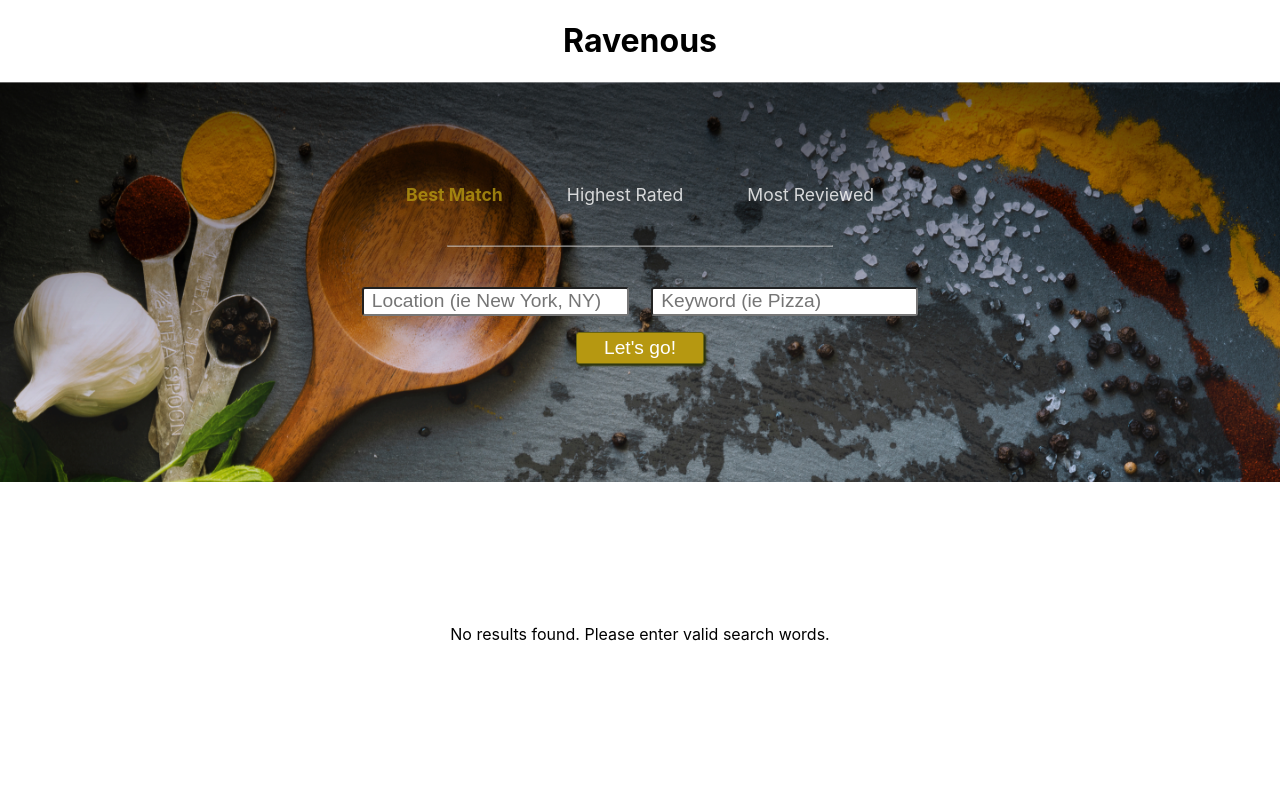
Repository: LolaSL/Ravenous
Page: /
These files come from the project's save history. The page is drawn as it stood at one moment and after the next save; the edit follows.
The browser window is 1280 px wide. The pictures show the whole page.
The page's requests for data from a server got no answer. The project was rebuilt for these pictures with package versions that can differ from the ones it lists, and the page was loaded fresh each time. No one was signed in, and anything a server would have sent is missing. Also part of the build but not shown: src/Business/Business.js.

Above is the page before, as saved 2024-03-23 20:34:04.

After the next save:
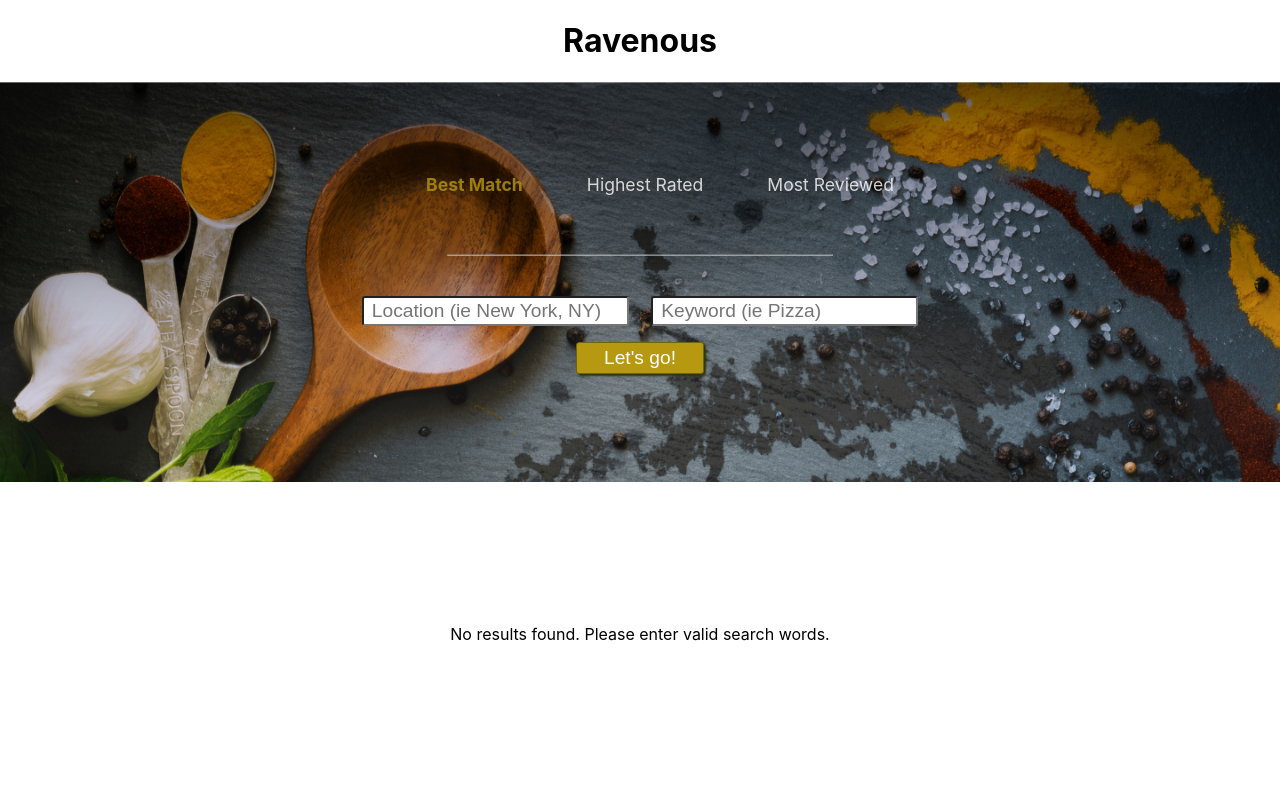
Saved 36 s later.
--- a/src/SearchBar/SearchBar.css
+++ b/src/SearchBar/SearchBar.css
@@ -9,9 +9,10 @@
   }
 
   #sort-options {
-    list-style-type: none;
-    margin: 1rem auto;
-    padding: 0;
+    display: flex;
+    justify-content: center;
+    margin-bottom: 2.22rem;
+    color: #ffffff;
   }
 
   #sort-options li {
